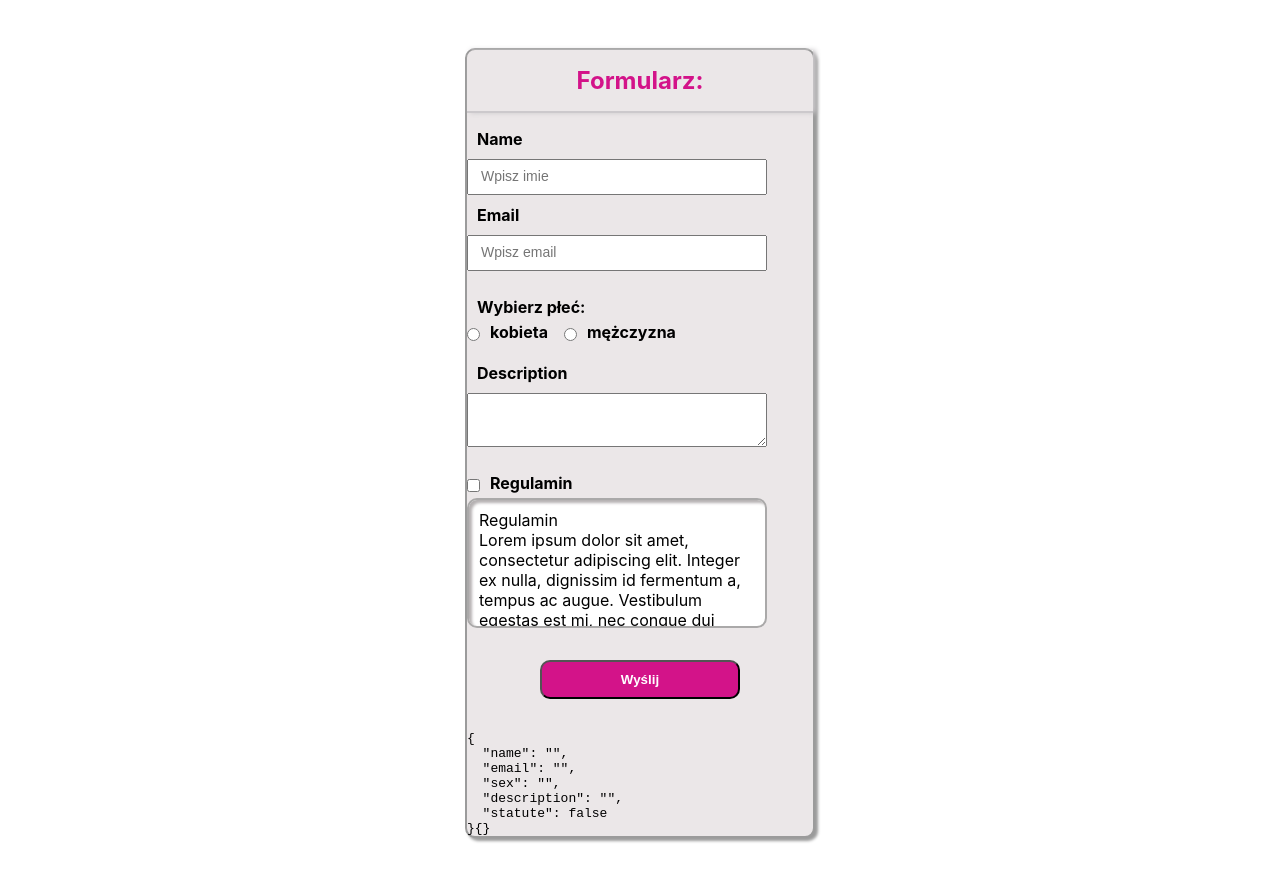
Repository: KrzysKolo/sr_tydzien4_zad3
Page: /
An editor plug-in stored every save of this project. The page is shown before and after the next save, followed by the edit.
The browser window is 1280 px wide. The pictures show the whole page.
The project was rebuilt for these pictures with package versions that can differ from the ones it lists, and the page was loaded fresh each time. Also part of the build but not shown: src/components/FormComponents/TextError.js.

Above is the page before, as saved 2020-11-19 15:22:13.

After the next save:
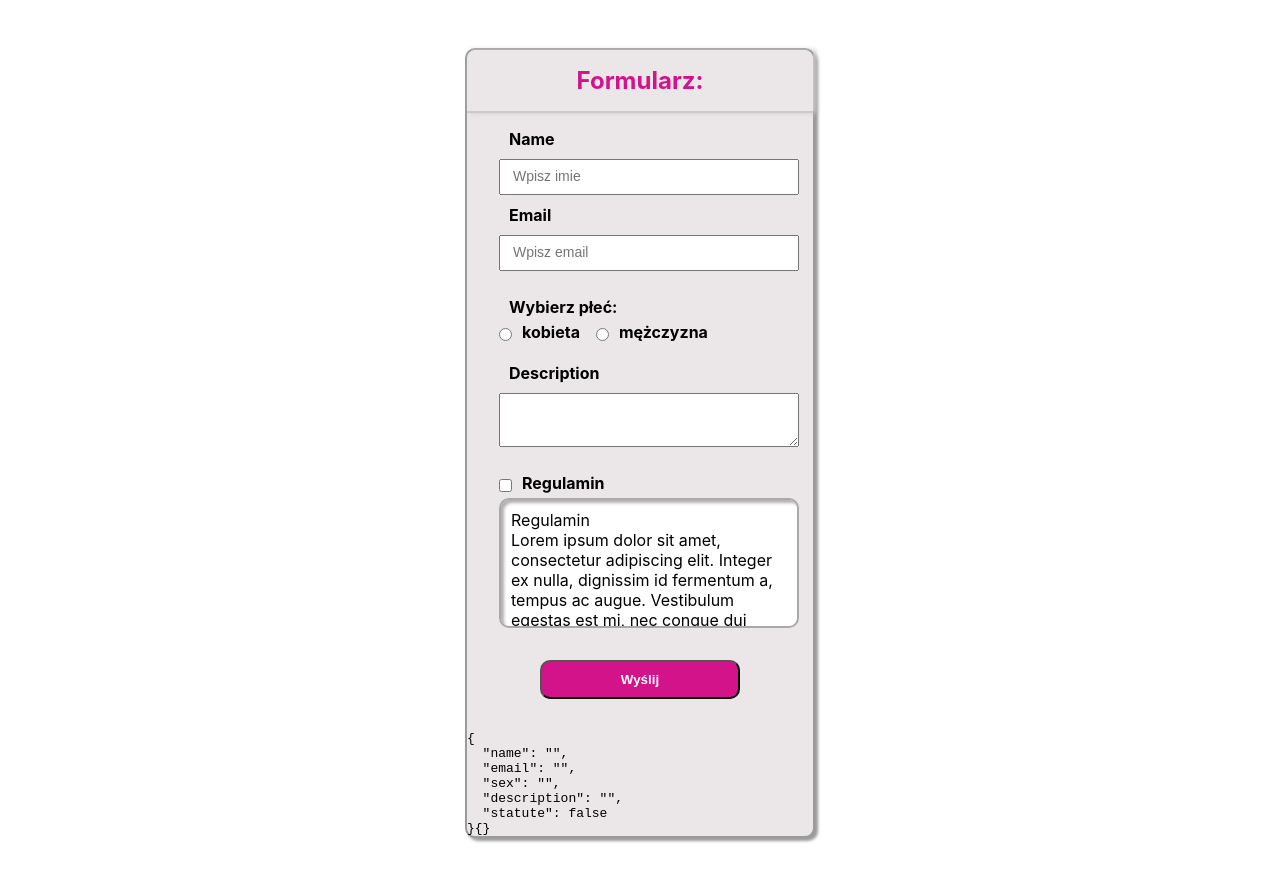
Saved 17 s later.
--- a/src/App.css
+++ b/src/App.css
@@ -14,7 +14,7 @@
 .section {
   display: flex;
   flex-direction: column;
-  margin: 1rem auto;
+  margin: 1rem 2rem;
   justify-content: center;
 }
 label {
